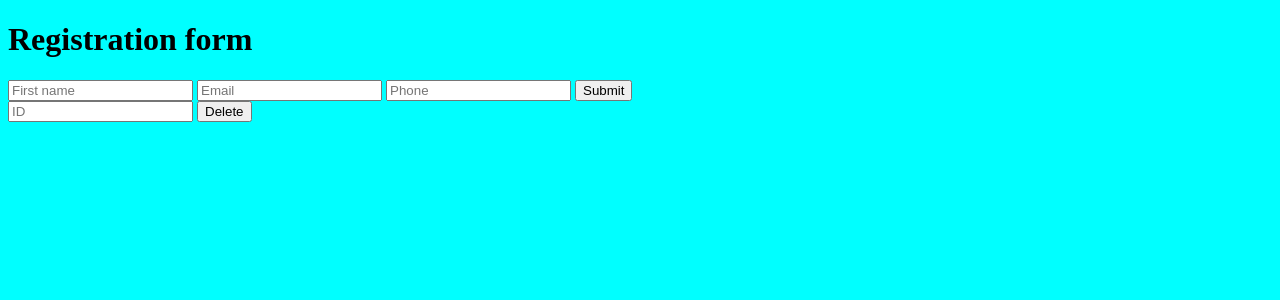
Repository: mediumrtp/CRUD
Page: index.html
The author's editor kept a copy of each file at every save. The page is drawn from the files as they stood at one save, then again after the next save.
The browser window is 1280 px wide. The pictures show the whole page.

Above is the page before, as saved 2022-11-18 12:34:39.

After the next save:
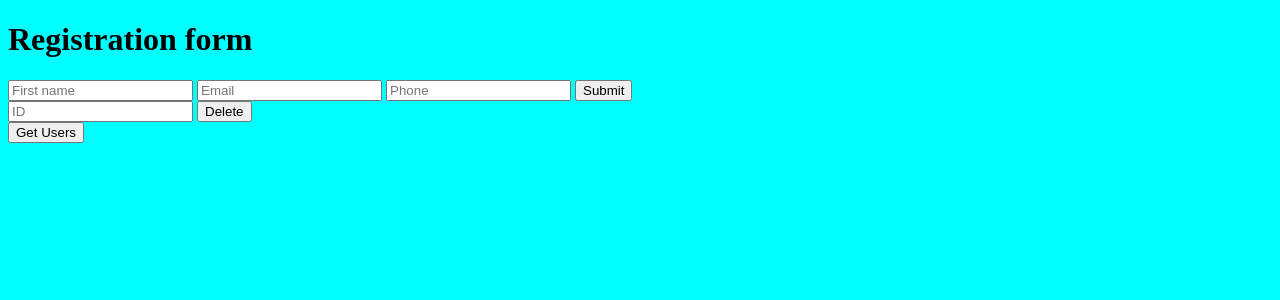
Saved 49 min 28 s later.
--- a/index.html
+++ b/index.html
@@ -17,6 +17,8 @@
         <input type="text" name="id" placeholder="ID" required>
         <input type="submit" value="Delete">
     </form>
+
+    <button>Get Users</button>
 </body>
 
 </html>
